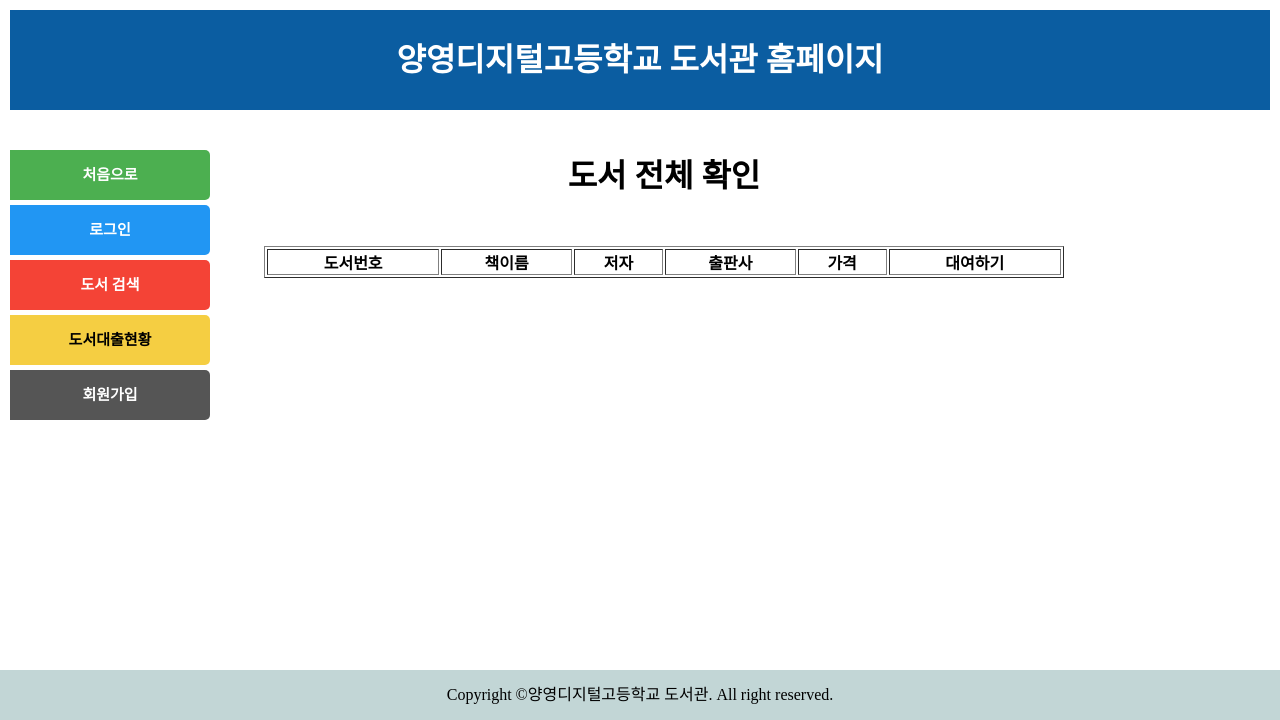
Repository: tpdnjs1/LibrayProject
Page: http://localhost/LibraryProject/book/listBook.jsp?title=all
The author's editor kept a copy of each file at every save. The page is drawn from the files as they stood at one save, then again after the next save.
The browser window is 1280 px wide. The pictures show the whole page.
The page is served by Tomcat 9. Other server files are loaded and not shown. The template is opened directly, without the code that normally fills it, so the values that code supplies are empty.

Above is the page before, as saved 2023-11-22 07:12:10.

### LibraryProject/src/main/webapp/book/listBook.jsp
<%@page import="vo.BookVO"%>
<%@page import="java.util.ArrayList"%>
<%@ page language="java" contentType="text/html; charset=UTF-8"
    pageEncoding="UTF-8"%>
<!DOCTYPE html>
<html>
<head>
    <meta charset="UTF-8">
    <title>Document</title>
</head>
<body>
	<%@ include file="../header.jsp" %>

	<% ArrayList<BookVO> list = (ArrayList<BookVO>)request.getAttribute("booklist"); %>

    <h1>도서 전체 확인</h1>
    <table border="1" align="center" width="800px">
        <tr>
            <th>도서번호</th>
            <th>책이름</th>
            <th>저자</th>
            <th>출판사</th>
            <th>가격</th>
            <th>대여하기</th>
        </tr>
<%
		if(list != null){
			for(BookVO data : list){
%>
        <tr>
            <td><%= data.getNum() %></td>
           <td><%= data.getTitle() %></td>
            <td><%= data.getAuthor() %></td>
            <td><%= data.getCompany() %></td>
            <td><%= data.getPrice() %></td>
<%
				if(login == null){
					out.println("<td></td>");
				}else{
					if(data.getRent() == 't'){
						out.println("<td>대여중</td>");
					}else{
						%>
						<td><a href="/LibraryProject/rentBook?book_num=<%= data.getNum() %>>">대여하기</a></td>
						<%
					}
				}
%>
		</tr>
<%
			}
		}
%>
    </table>
	<%@ include file="../footer.jsp" %>
</body>
</html>

### LibraryProject/src/main/webapp/header.jsp
<%@page import="vo.MemberVO"%>
<%@ page language="java" contentType="text/html; charset=UTF-8"
    pageEncoding="UTF-8"%>
<!DOCTYPE html>
<html lang="ko">
<head>
    <meta charset="UTF-8">
    <meta http-equiv="X-UA-Compatible" content="IE=edge">
    <meta name="viewport" content="width=device-width, initial-scale=1.0">
    <title>Document</title>

    <style>
        *{
            margin: 0;
            padding: 0;
            box-sizing: border-box;
            list-style: none;
            text-decoration: none;
        }

        .wrapper{
            width: 100%;
            min-height: 100%;
            margin: 0 auto;
            padding: 10px;
        }

        header{
            height: 100px;
            text-align: center;
            line-height: 80px;
            background-color: #0b5da1;
            color: #fff;
            padding: 10px;
            margin-bottom: 40px;
        }

        .row{
            margin: 1em auto;
            display: flex;
            justify-content: flex-start;
            flex-wrap: wrap;
        }

        .side-menu{
            position: relative;
            width: 150px;
            height: 300px;
        }
        .side-menu a{
            position: absolute;
            width: 200px;
            padding: 10px;
            line-height: 30px;
            font-size: 15px;
            text-align: center;
            font-weight: bold;
            color: #fff;
            border-radius: 0 5px 5px 0;
        }

        .content{
            width: 80%;
            text-align: center;
        }

        #intro{
            top: 0;
            background-color: #4caf50;
        }
        #login, #logout{
            top: 55px;
            background-color: #2196f3;
        }
        #search{
            top: 110px;
            background-color: #f44336;
        }
        #rental{
            top: 165px;
            background-color: #f5ce42;
            color: #000;
        }
        #quit{
            top: 220px;
            background-color: #555;
        }
        footer{
            position: absolute;
            width: 100%;
            height: 50px;
            left: 0;
            bottom: 0;
            background-color: #c2d6d6;
            text-align: center;
            line-height: 50px;
        }
        .content table{
            margin: 50px auto;
        }
        h1, h2, h3, h4, h5, h6{
            margin-bottom: 40px;
        }
    </style>
</head>
<body>
    <div class="wrapper">
        <header>
            <h1> 양영디지털고등학교 도서관 홈페이지</h1>
        </header>
        <div class="row">
            <div class="side-menu">
				<%
                    MemberVO login = (MemberVO)session.getAttribute("loginOK");
                %>
                <a href="/LibraryProject/index.jsp" id="intro">처음으로</a>
                <%
                	if(login == null){
                %>
                        <a href="/LibraryProject/login/login.jsp" id="login">로그인</a>
                        <a href="/LibraryProject/member/signUp.jsp" id="quit">회원가입</a>
                        <a href="/LibraryProject/book/searchBook.jsp" id="search">도서 검색</a>
                        <a href="#" id="rental">도서대출현황</a>
                <%
                	}else{
                %>
         	       <a href="/LibraryProject/logout" id="logout">로그아웃</a>
         	       <a href="/LibraryProject/book/searchBook.jsp" id="search">도서 검색</a>
        	       <a href="/LibraryProject/rentalBook" id="rental">도서대출현황</a>
         	       <a id="quit" onclick="doQuit()">회원탈퇴</a>
                <%
                	}
                %>

            </div>

            <script>
            function doQuit() {
				if(window.confirm("회원 탈퇴 시 계정을 복구할 수 없습니다. 정말 탈퇴하시겠습니까?")){
					location.href="/LibraryProject/quit";
				}
			}
            </script>
       <div class="content">
</body>
</html>

### LibraryProject/src/main/webapp/footer.jsp
<%@ page language="java" contentType="text/html; charset=UTF-8"
    pageEncoding="UTF-8"%>
<!DOCTYPE html>
<html lang="ko">
<head>
    <meta charset="UTF-8">
    <meta http-equiv="X-UA-Compatible" content="IE=edge">
    <meta name="viewport" content="width=device-width, initial-scale=1.0">
    <title>Document</title>
</head>
<body>

            </div><!-- content 닫기 -->
        </div><!-- row 닫기 -->
        <footer>
            <p>Copyright &copy;양영디지털고등학교 도서관. All right reserved.</p>
        </footer>
    </div><!-- wrapper닫기 -->

</body>
</html>

After the next save:
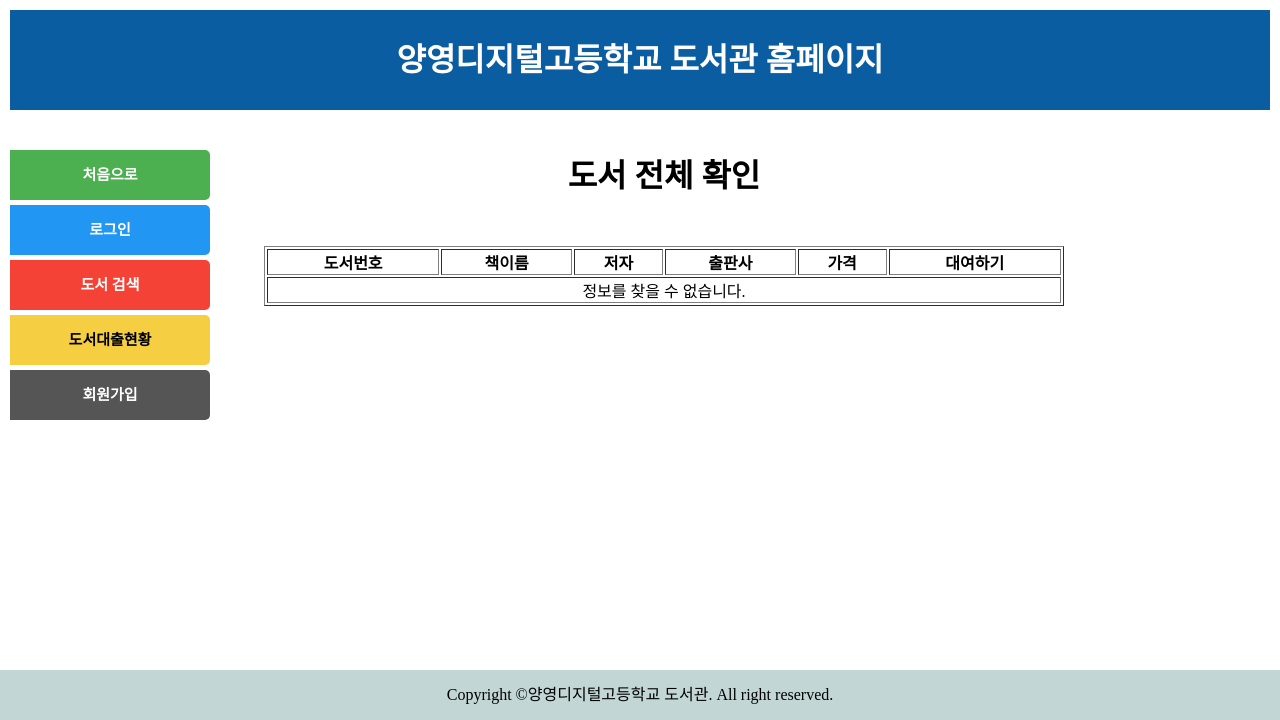
Saved 2 min 25 s later.
--- a/LibraryProject/src/main/webapp/book/listBook.jsp
+++ b/LibraryProject/src/main/webapp/book/listBook.jsp
@@ -49,6 +49,12 @@
 		</tr>
 <%
 			}
+		} else {
+%>
+			<tr>
+				<td colspan="6">정보를 찾을 수 없습니다.</td>
+			</tr>
+<%
 		}
 %>
     </table>
